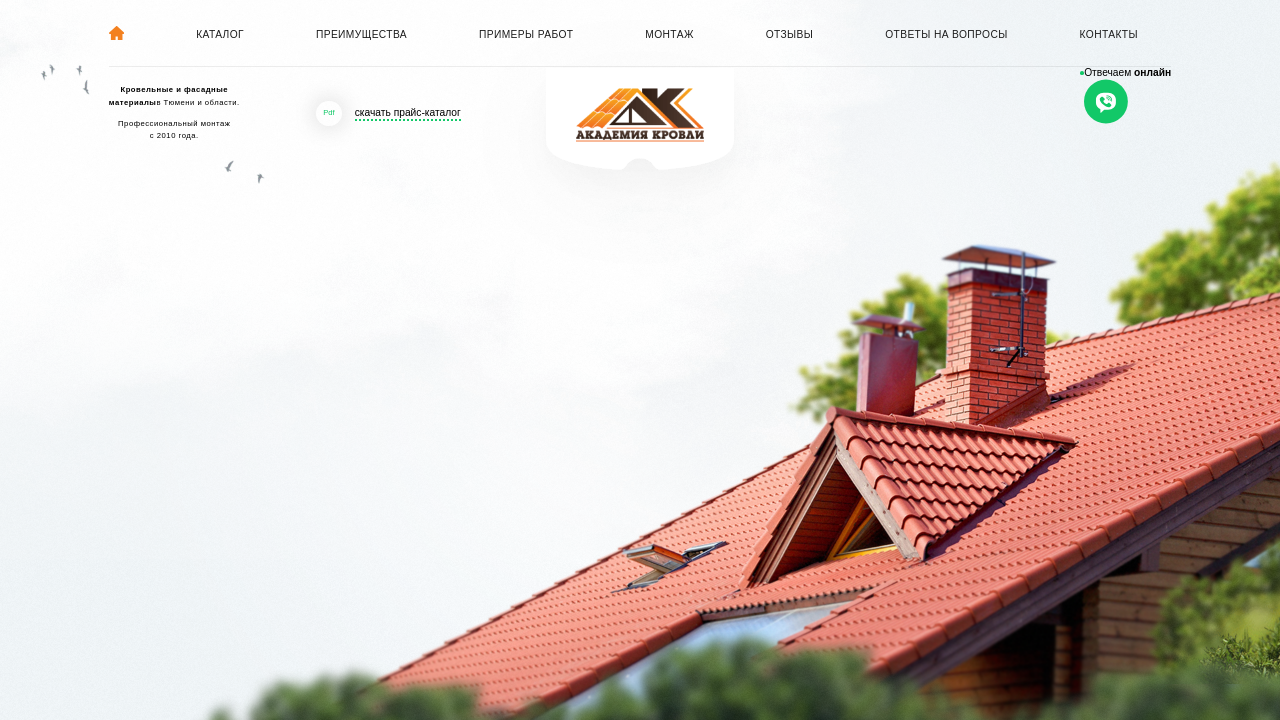
Repository: dima-hacker0/test_task_deyneka
Page: /
These files come from the project's save history. The page is drawn as it stood at one moment and after the next save; the edit follows.
The browser window is 1280 px wide. The pictures show the whole page.
The project was rebuilt for these pictures with package versions that can differ from the ones it lists, and the page was loaded fresh each time.

Above is the page before, as saved 2022-06-22 18:20:35.

After the next save:
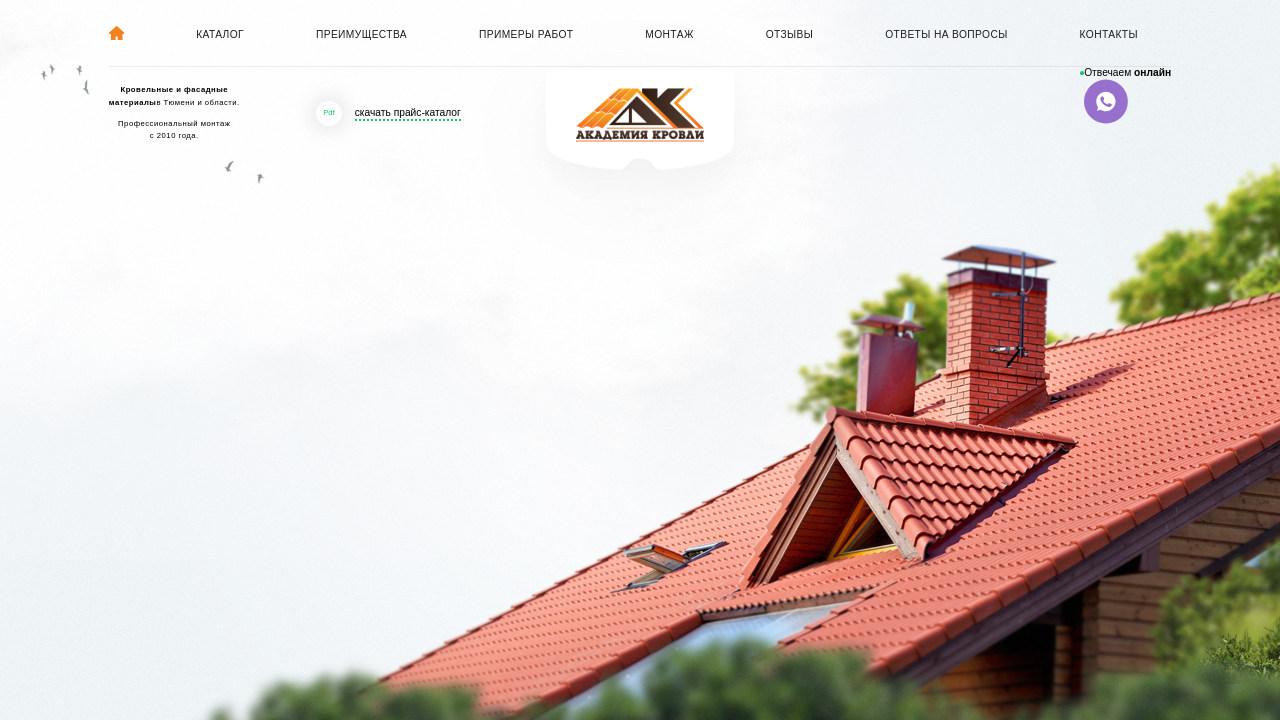
Saved 24 s later.
--- a/src/svg/svg.jsx
+++ b/src/svg/svg.jsx
@@ -66,7 +66,7 @@
           </defs>
         </svg>
       );
-    case "whatsup":
+    case "viber":
       return (
         <svg
           width="44"
@@ -88,7 +88,7 @@
           />
         </svg>
       );
-    case "viber":
+    case "whatsup":
       return (
         <svg
           width="44"
